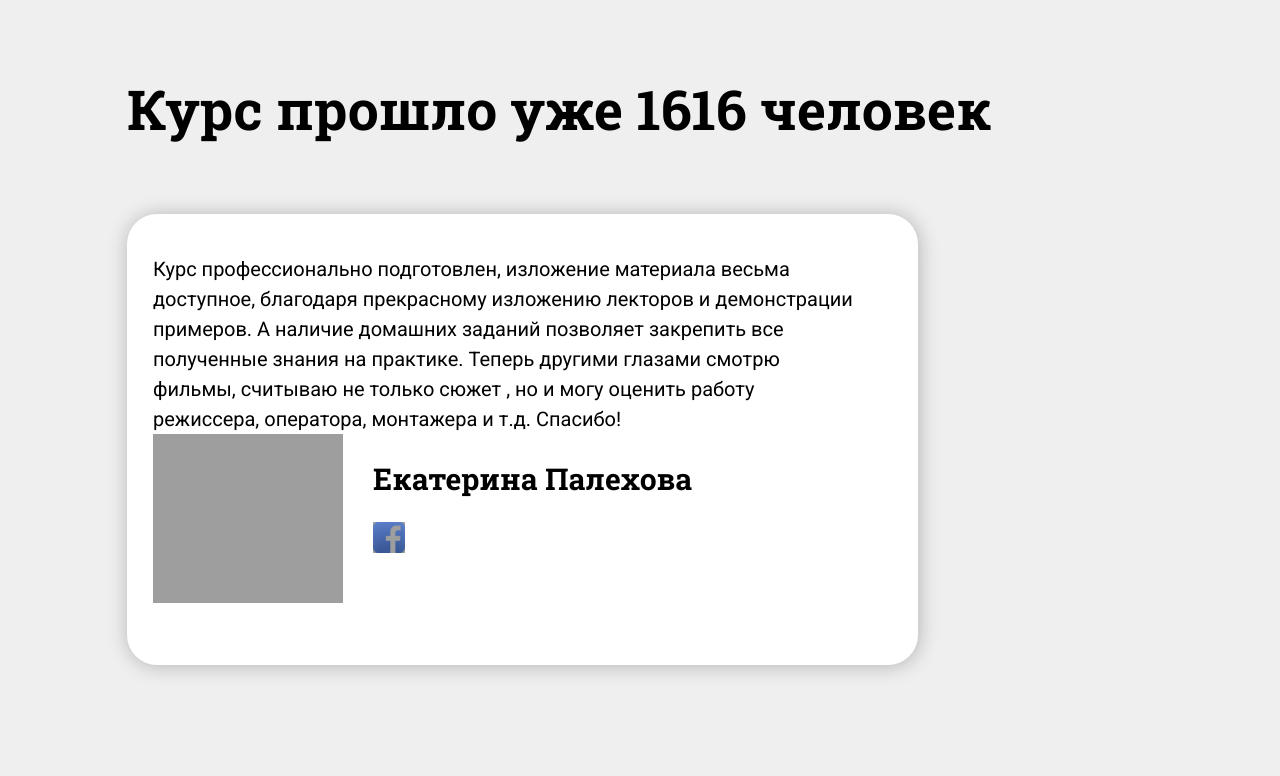
Repository: NatiqSamiyev/gray-task
Page: index.html
The author's editor kept a copy of each file at every save. The page is drawn from the files as they stood at one save, then again after a run of saves.
The browser window is 1280 px wide. The pictures show the whole page.
Pictures or frames that could not be fetched are drawn as grey boxes.

Above is the page before, as saved 2023-08-12 14:20:31.

### index.html
<!DOCTYPE html>
<html lang="en">
  <head>
    <meta charset="UTF-8" />
    <meta name="viewport" content="width=device-width, initial-scale=1.0" />
    <link rel="stylesheet" href="index.css" />
    <title>Document</title>
  </head>
  <body>
    <div class="container">
      <h1>Курс прошло уже 1616 человек</h1>

      <div class="box-container">
        <p>
          Курс профессионально подготовлен, изложение материала весьма
          доступное, благодаря прекрасному изложению лекторов и демонстрации
          примеров. А наличие домашних заданий позволяет закрепить все
          полученные знания на практике. Теперь другими глазами смотрю фильмы,
          считываю не только сюжет , но и могу оценить работу режиссера,
          оператора, монтажера и т.д. Спасибо!
        </p>
        <ul>
          <li class="list-1">
            <img
              src="./1 9.png"
              alt="girl ikon"
            />
          </li>
          <li class="list-2">
            <h2>Екатерина Палехова</h2>
         <img src="./fb_2 1 (1).svg" alt="">
          </li>
        </ul>
      </div>
    </div>
  </body>
</html>

### index.css
@import url("https://fonts.googleapis.com/css2?family=Roboto+Slab:wght@400;700&family=Roboto:wght@700&display=swap");
@import url("https://fonts.googleapis.com/css2?family=Roboto&display=swap");
* {
  margin: 0;
  padding: 0;
  box-sizing: border-box;
}

.container {
  width: 100%;
  min-height: 100vh;
  padding: 81px 0 111px 127px;
  background-color: #efefef;
}

.container h1 {
  color: #000;
  font-family: Roboto Slab;
  font-size: 55px;
  font-style: normal;
  font-weight: 700;
  line-height: 101.385%;
}

.box-container {
  margin-top: 77px;
  padding: 40px 46px 29px 26px;
  width: 791px;
  height: 451px;
  background-color: #fff;
  border-radius: 30px;
  box-shadow: 1px 1px 20px 0px rgba(0, 0, 0, 0.25);
}

.box-container p {
  width: 700px;
  color: #000;
  font-family: Roboto;
  font-size: 20px;
  font-style: normal;
  font-weight: 400;
  line-height: 150%;
}

.box-container ul {
  display: flex;

}

ul li {
  list-style-type: none;
}
.list-1 img {
  width: 190px;
  height: 169px;
}

.list-2 {
  margin: 30px;
}

.list-2 img {
  background: url(<path-to-image>), lightgray 50% / cover no-repeat;
}

.list-2 h2 {
  margin-bottom: 28px;
  color: #000;
  font-family: Roboto Slab;
  font-size: 30px;
  font-style: normal;
  font-weight: 700;
  line-height: 101.385%;
}
.list-2 img{
  width: 32px;
height: 31px;
}

After the next 3 saves:
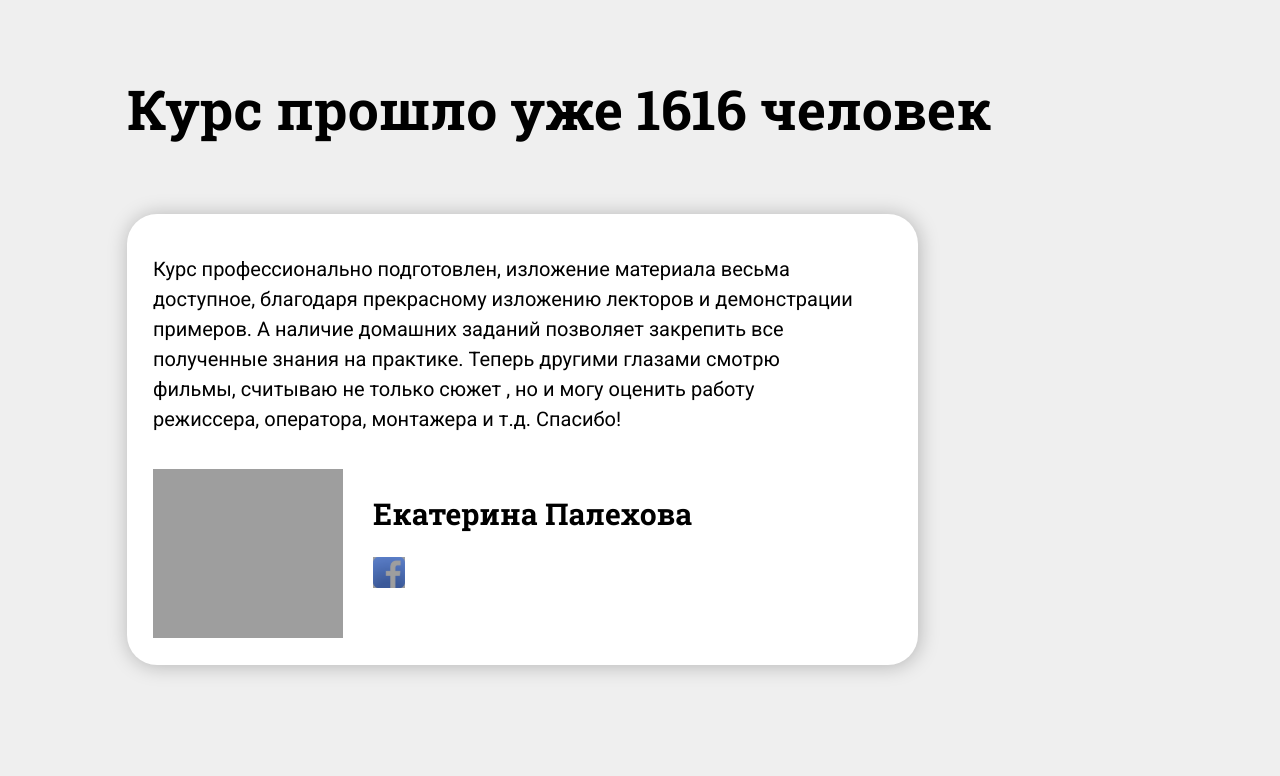
The 3 saves are shown as one change because they came seconds apart.
The last was saved 16 s later.
--- a/index.css
+++ b/index.css
@@ -44,7 +44,7 @@
 
 .box-container ul {
   display: flex;
-
+  margin-top: 35px;
 }
 
 ul li {
